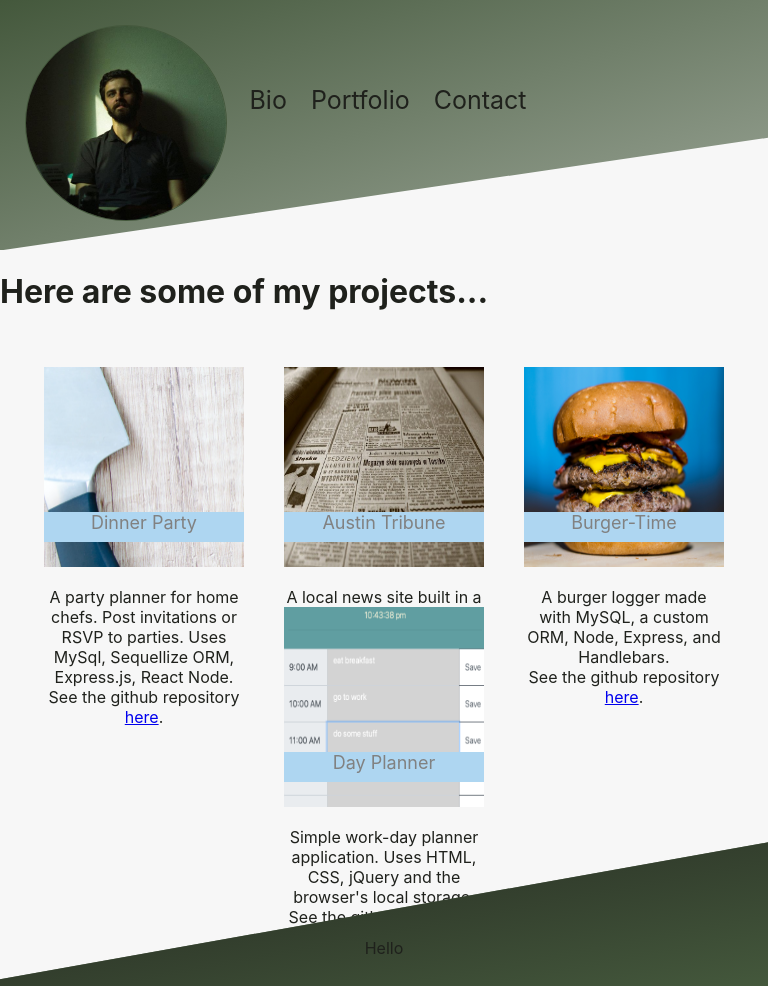
Repository: joeldelatte/react-portfolio
Page: /portfolio (app in client/)
The author's editor kept a copy of each file at every save. The page is drawn from the files as they stood at one save, then again after the next save.
The browser window is 768 px wide. The pictures show the whole page.
The project was rebuilt for these pictures with package versions that can differ from the ones it lists, and the page was loaded fresh each time. Also part of the build but not shown: client/src/App.css, client/src/Components/Bio/Bio.js, client/src/Components/Contact/Contact.js.

Above is the page before, as saved 2020-07-11 00:04:30.

### client/public/index.html
<!doctype html>
<html lang="en">
  <head>
    <meta charset="utf-8">
    <meta name="viewport" content="width=device-width, initial-scale=1, shrink-to-fit=no">
    <meta name="theme-color" content="#000000">
    <!--
      manifest.json provides metadata used when your web app is added to the
      homescreen on Android. See https://developers.google.com/web/fundamentals/engage-and-retain/web-app-manifest/
    -->
    <link rel="manifest" href="%PUBLIC_URL%/manifest.json">
    <link rel="shortcut icon" href="%PUBLIC_URL%/favicon.ico">
    <!--
      Notice the use of %PUBLIC_URL% in the tags above.
      It will be replaced with the URL of the `public` folder during the build.
      Only files inside the `public` folder can be referenced from the HTML.

      Unlike "/favicon.ico" or "favicon.ico", "%PUBLIC_URL%/favicon.ico" will
      work correctly both with client-side routing and a non-root public URL.
      Learn how to configure a non-root public URL by running `npm run build`.
    -->
    <title>Joel Delatte</title>
  </head>
  <body>
    <noscript>
      You need to enable JavaScript to run this app.
    </noscript>
    <div id="root"></div>
    <!--
      This HTML file is a template.
      If you open it directly in the browser, you will see an empty page.

      You can add webfonts, meta tags, or analytics to this file.
      The build step will place the bundled scripts into the <body> tag.

      To begin the development, run `npm start` or `yarn start`.
      To create a production bundle, use `npm run build` or `yarn build`.
    -->
  </body>
</html>

### client/src/index.css
body {
  height:100%;
  min-height: 100%;
  margin: 0;
  padding: 0;
  border: 0;
  font-family: -apple-system, BlinkMacSystemFont, 'Segoe UI', 'Roboto', 'Oxygen',
    'Ubuntu', 'Cantarell', 'Fira Sans', 'Droid Sans', 'Helvetica Neue',
    sans-serif;
  -webkit-font-smoothing: antialiased;
  -moz-osx-font-smoothing: grayscale;
  background-color: rgb(247, 247, 247);
  color: rgb(31,33,28);
}

code {
  font-family: source-code-pro, Menlo, Monaco, Consolas, 'Courier New',
    monospace;
}

### client/src/App.js
import React from 'react';
import {BrowserRouter as Router, Route, Switch, Link} from "react-router-dom";
import './App.css';
import Bio from "./Components/Bio/Bio";
import Nav from "./Page/Nav";
import Contact from "./Components/Contact/Contact";
import Portfolio from "./Components/Portfolio/Portfolio";

export default function App() {
  return (
    <>
      <Router>
        <Nav />
        <Switch>
          <Route exact path="/">
            <Bio />
          </Route>
          <Route exact path="/contact">
            <Contact />
          </Route>
          <Route exact path="/portfolio">
            <Portfolio />
          </Route>
        </Switch>
      </Router>
    </>
  );
}

### client/src/Page/Nav.js
import React from "react";
import {BrowserRouter as Router, Route, Switch, Link} from "react-router-dom";
import Avatar from "./Avatar";
import "./Page.css";

function Nav () {
    return (
      <div className="header">
        <Avatar />
        <div className="nav">
          <Link to="/">Bio</Link>
          <Link to="/portfolio">Portfolio</Link>
          <Link to="/contact">Contact</Link>
        </div>
      </div>
    );
};

export default Nav;

### client/src/Components/Portfolio/Portfolio.js
import React from "react";

import Dayplanner from "../Portfolio/images/dayplanner.png";
import NewsPaper from "../Portfolio/images/austin1.jpeg";
import Burger from "../Portfolio/images/burger.jpg"
import Knife from "../Portfolio/images/knife.png"

import './portfolio.css';

export default function Portfolio() {


    return (
      <>
        <h1>Here are some of my projects...</h1>
        <div className="portfolio">
          <div className="projectBox">
            <a
              href="https://rocky-meadow-16617.herokuapp.com/"
              target="_blank"
              rel="noopener noreferrer"
            >
              <img className="projectPhoto" src={Knife}></img>
              <section className="projectLabel">Dinner Party</section>
            </a>
            <p>
              A party planner for home chefs. Post invitations or RSVP to
              parties. Uses MySql, Sequellize ORM, Express.js, React Node.
              <br></br>
              See the github repository{" "}
              <a href="https://github.com/joeldelatte/Poject_3_Dinner_Party">
                here
              </a>
              .
            </p>
          </div>
          <div className="projectBox">
            <a
              href="https://mmoritz8.github.io/Project-1/Joel_art/arts.html"
              target="_blank"
              rel="noopener noreferrer"
            >
              <img className="projectPhoto" src={NewsPaper}></img>
              <section className="projectLabel">Austin Tribune</section>
            </a>
            <p>
              A local news site built in a team environment using jQuery, Node,
              Express.js server and REST APIs.
              <br></br>
              See the github repository{" "}
              <a href="https://github.com/mmoritz8/Project-1">here</a>.
            </p>
          </div>
          <div className="projectBox">
            <a
              href="https://boiling-lowlands-78090.herokuapp.com/"
              target="_blank"
              rel="noopener noreferrer"
            >
              <img className="projectPhoto" src={Burger}></img>
              <section className="projectLabel">Burger-Time</section>
            </a>
            <p>
              A burger logger made with MySQL, a custom ORM, Node, Express, and
              Handlebars.
              <br></br>
              See the github repository{" "}
              <a href="https://github.com/joeldelatte/eat-da-burger">here</a>.
            </p>
          </div>
          <div className="projectBox">
            <a
              href="https://joeldelatte.github.io/day-planner/"
              target="_blank"
              rel="noopener noreferrer"
            >
              <img className="projectPhoto" src={Dayplanner}></img>
              <section className="projectLabel">Day Planner</section>
            </a>
            <p>
              Simple work-day planner application. Uses HTML, CSS, jQuery and
              the browser's local storage.
              <br></br>
              See the github repository{" "}
              <a href="https://github.com/joeldelatte/day-planner">here</a>.
            </p>
          </div>
        </div>
        <footer>Hello</footer>
      </>
    );
}

### client/src/Components/Bio/bio.css
.container {
    position: relative;
}

.bio {
    min-height: 100%;
    padding: 15px;
    max-width: 50%;
    margin: 0 auto;
    text-align: center;
    padding-bottom: -5rem;
}

.bio p {
    text-align: center;
}

footer {
  height: 3rem;
  padding-top: 6rem;
  /* background-color: rgb(68,88,60); */
  background-image: linear-gradient(to right bottom, rgba(31,33,28, 1), rgba(68,88,60, 0.501));
  -webkit-clip-path: polygon(0 95%, 100% 0, 100% 100%, 0 100%);
  clip-path: polygon(0 95%, 100% 0, 100% 100%, 0 100%);
  text-align: center;
}


    @media only screen and (max-width: 768px) {
        .viewContainer {
            margin-left: 110px;
        }
    }

### client/src/Page/Avatar.js
import React from "react";
import Portrait from "./images/joel_d.png"
import "./Page.css";

function Avatar () {

    return (
      <div>
          <img src={Portrait} alt="avatar"  className="avatar" />
      </div>
    );
};

export default Avatar;

### client/src/Page/Page.css
.header {
  height: 38%;
  background-image: linear-gradient(to right bottom, rgba(68,88,60, 1), rgba(68,88,60, 0.501));
  background-size: cover;
  background-position: top;
  position: relative;
  -webkit-clip-path: polygon(0 0, 100% 0, 100% 55%, 0 100%);
  clip-path: polygon(0 0, 100% 0, 100% 55%, 0 100%);
  position: relative;
}

  .avatar {
    border: 1px solid;
    border-color: rgb(68,88,60);
    display: inline;
    max-width: 200px;
    max-height: 200px;
    border-radius: 100%;
    margin: 25px;
    }

.nav {
    position: absolute;
    top: 40%;
    left: 50%;
    transform: translate(-50%, -50%);
    text-align: center;
}

.nav a {
    padding: 6px 8px 6px 16px;
    text-decoration: none;
    font-size: 25px;
    color: rgb(31,33,28);
    display: inline;
    text-align: center;
  }

.nav a:hover {
    color: #f1f1f1;
}

### client/src/Components/Contact/contact.css
.container {
  position: relative;
}
.contact {
    min-height: 100%;
    padding: 15px;
    max-width: 50%;
    margin: 0 auto;
    text-align: center;
    padding-bottom: -5rem;
}

.contact a {
  padding: 6px 8px 6px 16px;
  text-decoration: underline;
  font-size: 18px;
  color: black;
  display: block;
}

.contact a:hover {
  color: #818181;
}

.email-address {
  padding: 6px 8px 6px 16px;
  font-size: 18px;
}

input[type=text], select {
    width: 100%;
    padding: 12px 20px;
    margin: 8px 0;
    display: inline-block;
    border: 1px solid #ccc;
    border-radius: 4px;
    box-sizing: border-box;
  }

  input[type=submit] {
    width: 15%;
    background-color: #4CAF50;
    color: white;
    padding: 14px 20px;
    margin: 8px 0;
    border: none;
    border-radius: 4px;
    cursor: pointer;
  }

  input[type=submit]:hover {
    background-color: #45a049;
  }

textarea {
    width: 100%;
    height: 150px;
    margin: 8px 0;
    padding: 12px 20px;
    box-sizing: border-box;
    border: 1px solid #ccc;
    border-radius: 4px;
    resize: none;
  }

  footer {
    height: 3rem;
    padding-top: 6rem;
    background-color: rgb(68,88,60);
    background-image: linear-gradient(to right bottom, rgba(31,33,28, 0.901), rgba(68,88,60, 0.601));
    -webkit-clip-path: polygon(0 95%, 100% 0, 100% 100%, 0 100%);
    clip-path: polygon(0 95%, 100% 0, 100% 100%, 0 100%);
    text-align: center;
  }

  @media only screen and (max-width: 768px) {
    .contact {
      margin-left: 110px;
    }
  }

### client/src/Components/Portfolio/portfolio.css
.portfolio {
    padding: 15px;
    display: flex;
    flex-wrap: wrap;
    justify-content: center;
    text-align: center;
}

h1 {
    padding: 0 auto;
}

.projectBox {
    width: 200px;
    height: 200px;
    position: relative;
    text-align: center;
    margin: 20px;
}

.projectText {
    width: 200px;
    height: 200px;
    position: relative;
    text-align: center;
    margin-top: 20px;
}

.projectLabel {
    color: #818181;
    text-align: center;
    font-size: large;
    background-color: #aed6f1;
    width: 200px;
    height: 30px;
    padding: 4;
    position: absolute;
    top: 80%;
    left: 50%;
    transform: translate(-50%, -50%);

}

.projectPhoto {
    width: 200px;
    height: 200px;
    position: relative;
    text-align: center;
}

.move {
    padding-left: 45px;
    box-sizing: content-box;
}

footer {
    height: 3rem;
    padding-top: 6rem;
    background-color: rgb(68,88,60);
    background-image: linear-gradient(to right bottom, rgba(31,33,28, 0.901), rgba(68,88,60, 0.601));
    -webkit-clip-path: polygon(0 95%, 100% 0, 100% 100%, 0 100%);
    clip-path: polygon(0 95%, 100% 0, 100% 100%, 0 100%);
    text-align: center;
  }

/* @media only screen and (max-width: 768px) {
    .move {
        padding-left: 130px;
        box-sizing: content-box;
    }
    .portfolio {
        margin-left: 110px;
    }

    .portfolio h1 {
        margin-left: 20px;
    }

    .projectBox {
        width: 200px;
        height: 200px;
        float: left;
        position: relative;
        text-align: center;
        margin: 20px 20px 150px 20px;

    }


}  */

Loaded but not shown: client/src/index.js (common file); client/src/serviceWorker.js (common file)

After the next save:
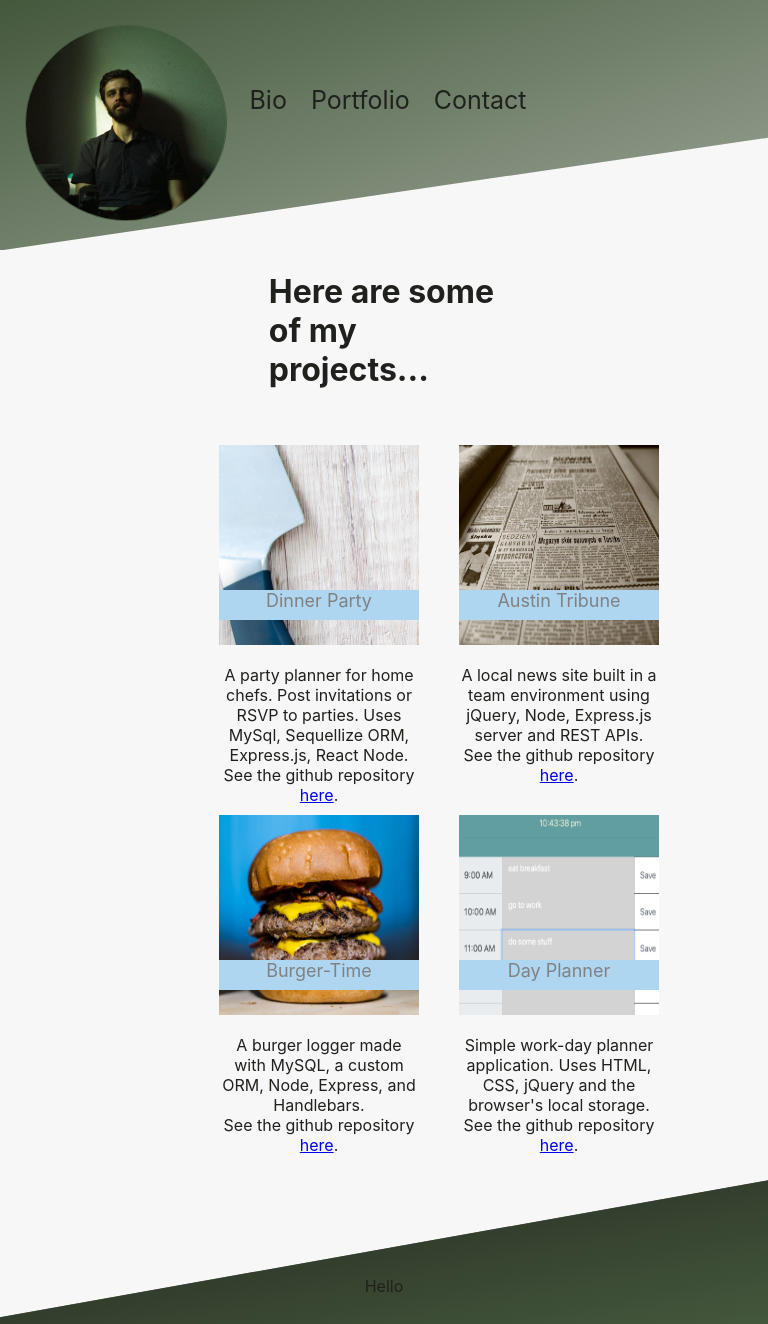
Saved 30 s later.
--- a/client/src/Components/Portfolio/portfolio.css
+++ b/client/src/Components/Portfolio/portfolio.css
@@ -7,7 +7,8 @@
 }
 
 h1 {
-    padding: 0 auto;
+    margin-left: 35%;
+    margin-right: 35%;
 }
 
 .projectBox {
@@ -63,7 +64,7 @@ footer {
     text-align: center;
   }
 
-/* @media only screen and (max-width: 768px) {
+@media only screen and (max-width: 768px) {
     .move {
         padding-left: 130px;
         box-sizing: content-box;
@@ -87,4 +88,4 @@ footer {
     }
 
 
-}  */
+}
